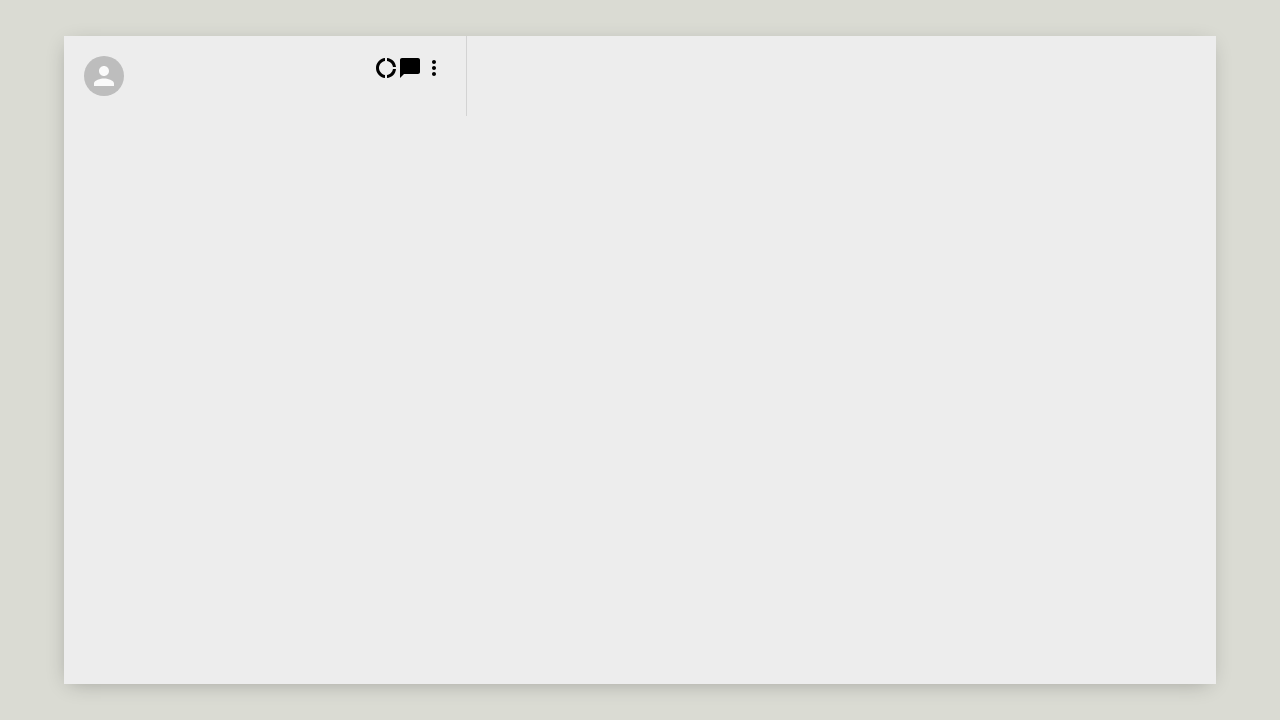
Repository: Prafullkuma/whatsappclon
Page: /
These files come from the project's save history. The page is drawn as it stood at one moment and after the next save; the edit follows.
The browser window is 1280 px wide. The pictures show the whole page.
The project was rebuilt for these pictures with package versions that can differ from the ones it lists, and the page was loaded fresh each time.

Above is the page before, as saved 2020-08-19 11:49:52.

### src/App.js
import React from 'react';
import './App.css';
import Sidebar from './Component/Sidebar'
function App() {
  return (
    <div className="app">
      <div className="app__body">
        <Sidebar />
      </div>
    </div>
  );
}

export default App;

### src/App.css
.app{
  background-color: #dadbd3;
  height: 100vh;
  display: grid;
  place-items: center;
}
.app__body{
  display: flex;
  height: 90vh;
  width: 90vw;
  background-color: #ededed;
  box-shadow: -1px 4px 20px -6px rgba(0, 0, 0, 0.3);
}

### src/Component/Sidebar.js
import React from 'react'
import { Avatar } from '@material-ui/core';
import DonutLargeIcon from '@material-ui/icons/DonutLarge';
import ChatBubbleIcon from '@material-ui/icons/ChatBubble';
import MoreVertIcon from '@material-ui/icons/MoreVert';
import './Sidebar.css'
function Slidebar() {
    return (
        <div className="sidebar">
            <div className="sidebar_header">
                <Avatar />
                <div className="sidebar_header_right">
                    <DonutLargeIcon />
                    <ChatBubbleIcon />
                    <MoreVertIcon />
                </div>
            </div>
            <div className="sidebar_search">

            </div>
            <div className="sidebar_chat">

            </div>
        </div >
    )
}

export default Slidebar

### src/Component/Sidebar.css
.sidebar{
    flex: 0.35;
}
.sidebar_header{
    display: flex;
    justify-content: space-between;
    padding: 20px;
    border-right: 1px solid lightgray;
}

Loaded but not shown: public/index.html (common file); src/index.js (common file); src/index.css (common file)

After the next save:
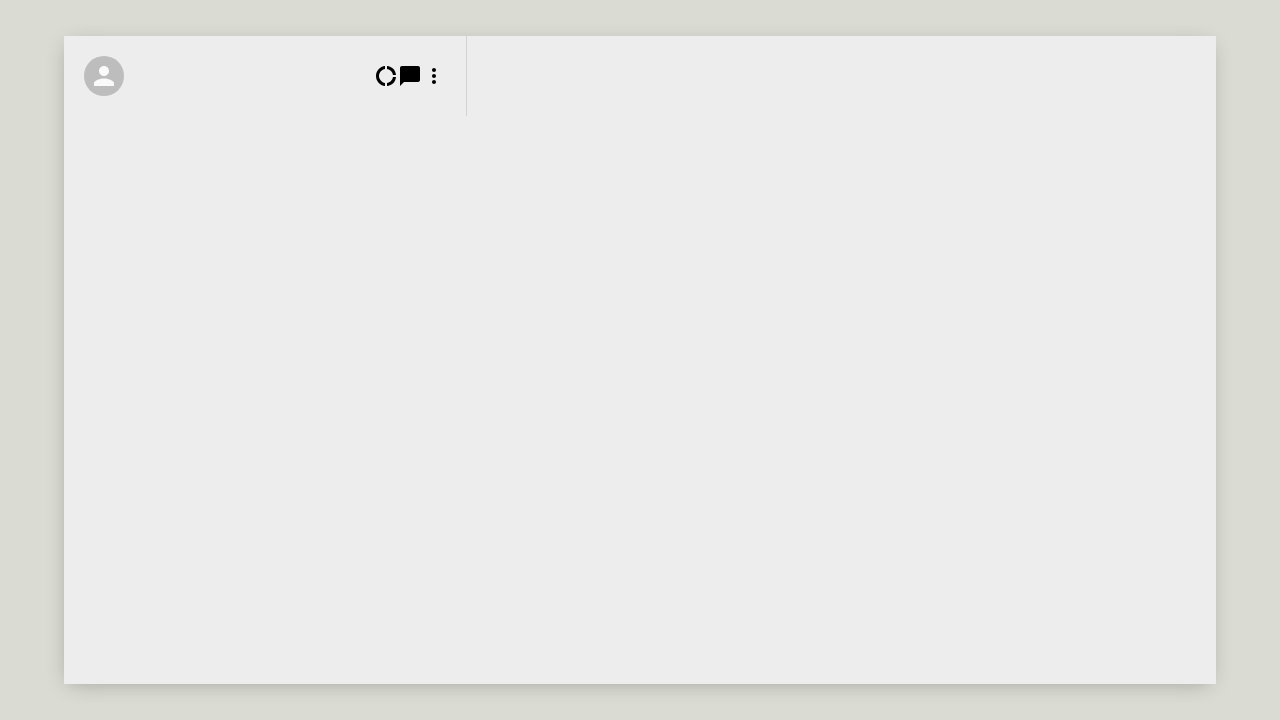
Saved 60 s later.
--- a/src/Component/Sidebar.css
+++ b/src/Component/Sidebar.css
@@ -7,3 +7,7 @@
     padding: 20px;
     border-right: 1px solid lightgray;
 }
+.sidebar_header_right{
+    display: flex;
+    align-items: center;
+}
